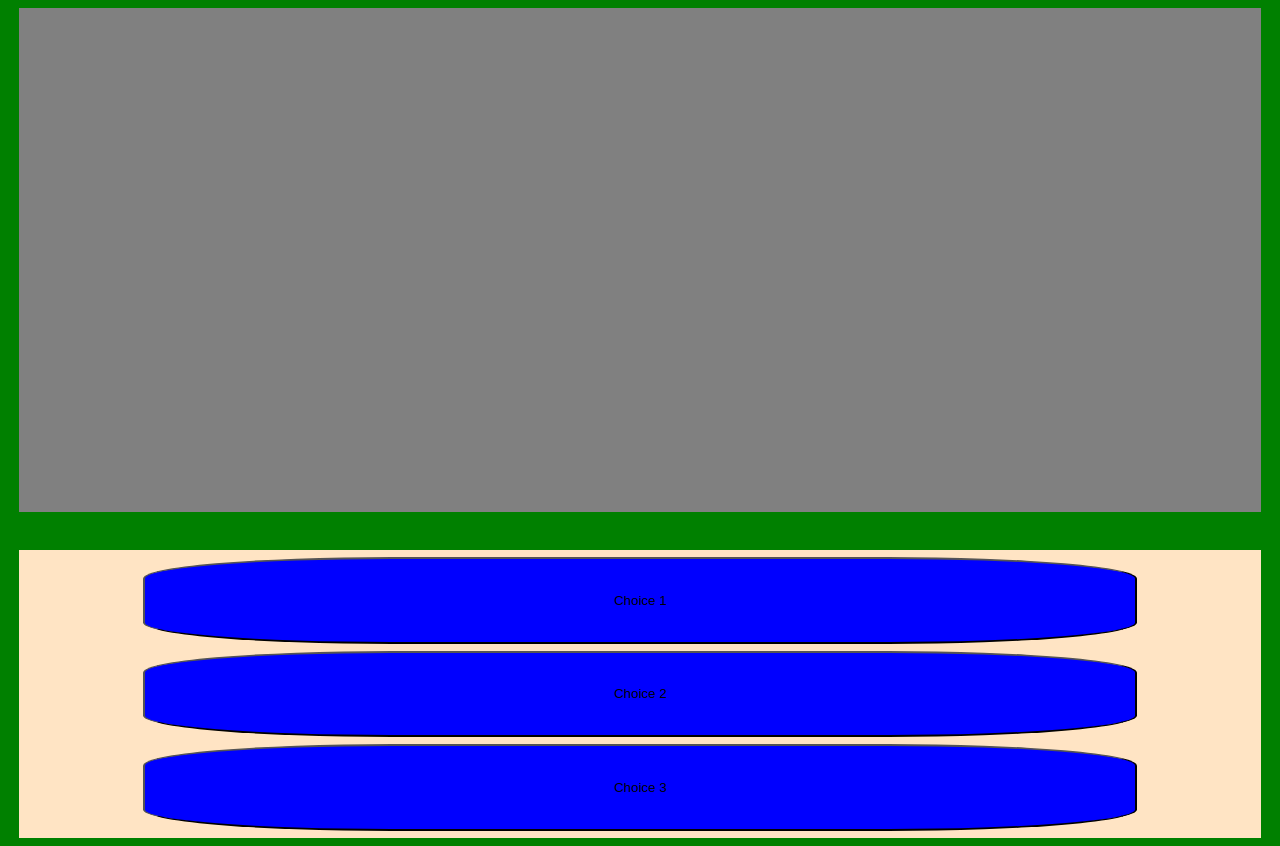
Repository: nguyenlejoe/Dynamic_notSoSherlock
Page: MultiChoice/MultiChoice.html
An editor plug-in stored every save of this project. The page is shown before and after the next save, followed by the edit.
The browser window is 1280 px wide. The pictures show the whole page.

Above is the page before, as saved 2020-03-05 18:45:51.

After the next save:
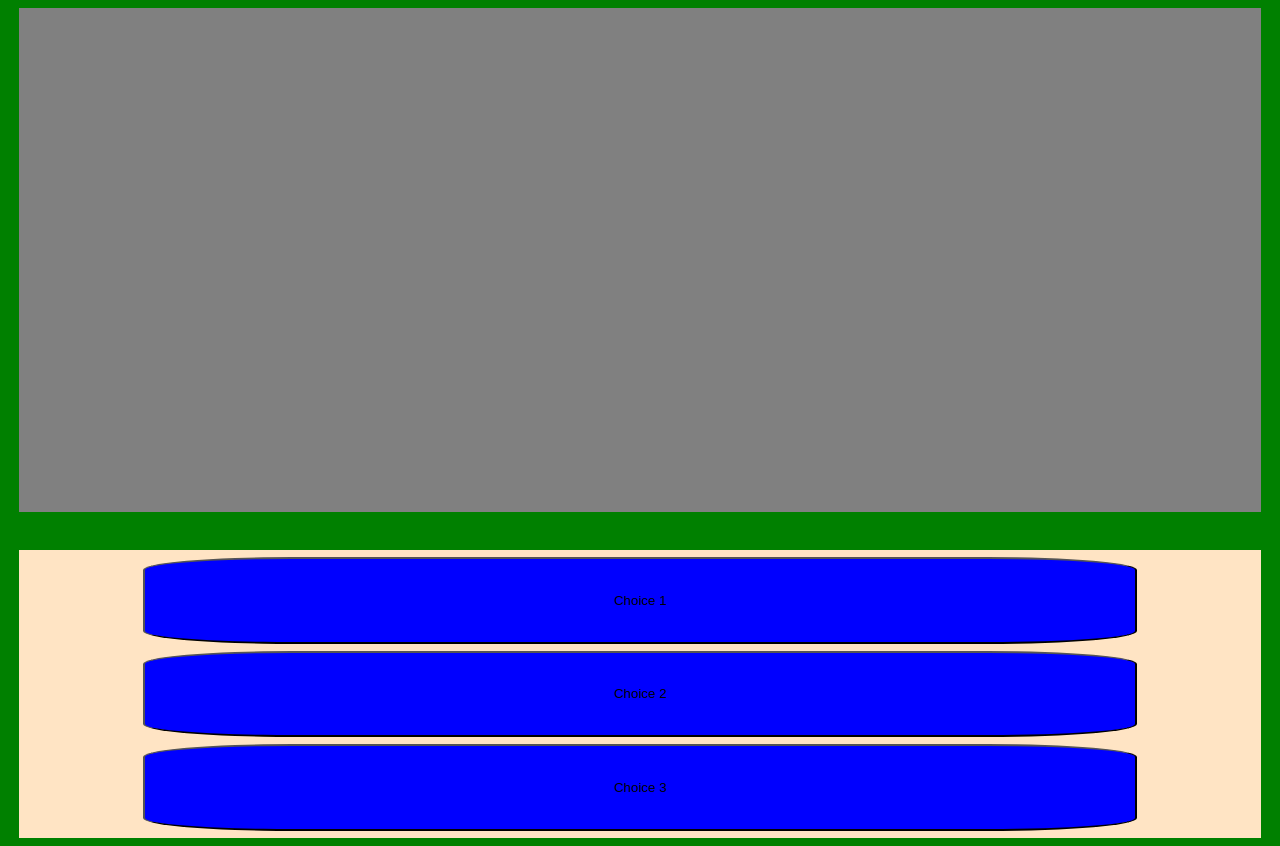
Saved 6 s later.
--- a/MultiChoice/MultiChoice.css
+++ b/MultiChoice/MultiChoice.css
@@ -30,5 +30,5 @@ body{
     width: 80%;
     height: 30%;
     background-color: blue;
-    border-radius: 25%;
+    border-radius: 15%;
 }
